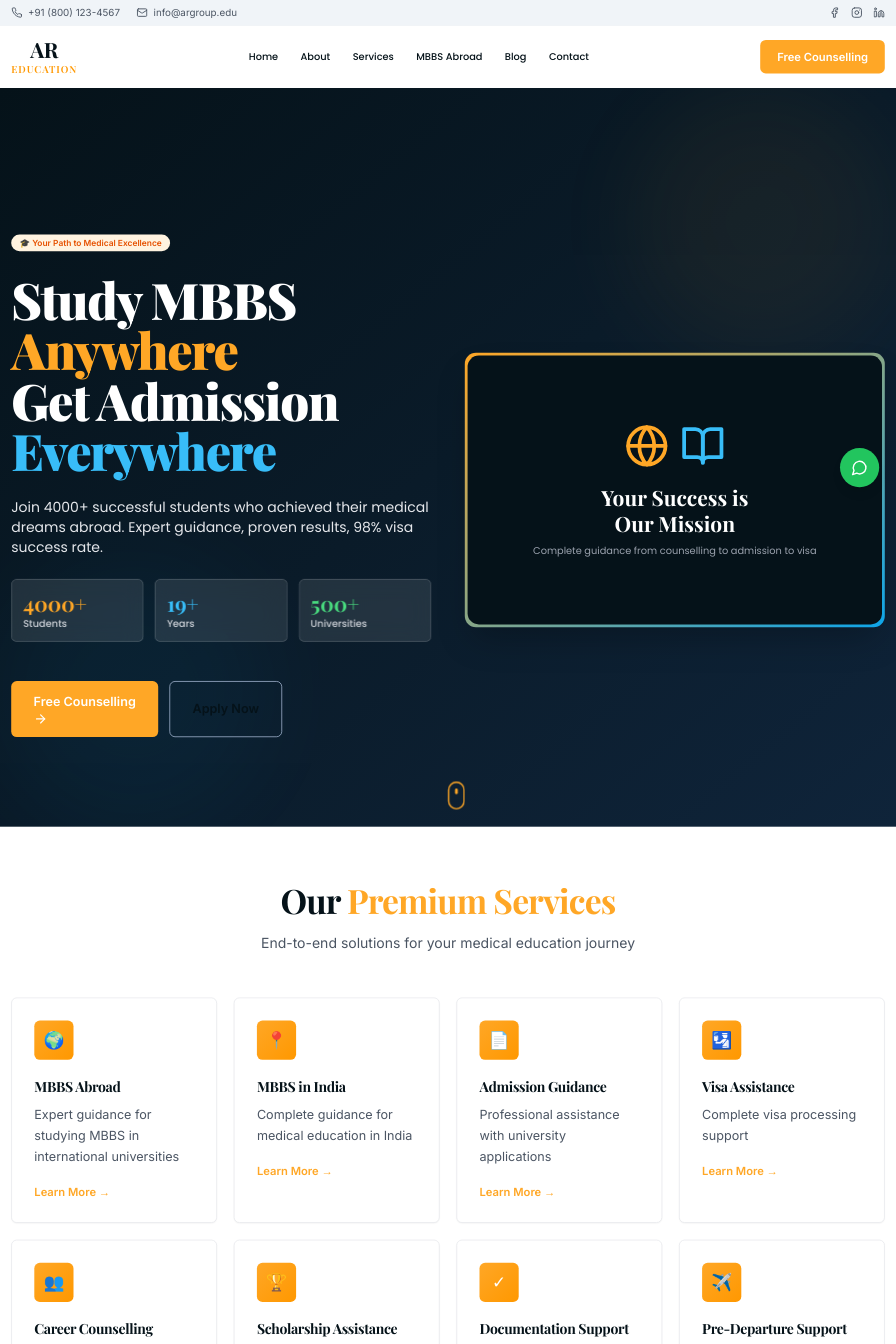
Repository: argroupads-eduction/argroup-education
Page: / (app in apps/frontend/)
These files come from the project's save history. The page is drawn as it stood at one moment and after the next save; the edit follows.
The browser window is 1280 px wide. The pictures show the part of the page from y = 0 to 1920 px (the page is 7977 px tall), at 70% of full size.
The page's requests for data from a server got no answer. The project was rebuilt for these pictures with package versions that can differ from the ones it lists, and the page was loaded fresh each time. The framework's server and built-in components were replaced by stand-ins that run in the browser. No one was signed in, and anything a server would have sent is missing. Also part of the build but not shown: apps/frontend/next.config.js, apps/frontend/components/ui/Alert.tsx.

Above is the page before, as saved 2026-05-12 11:55:06.

After the next save:
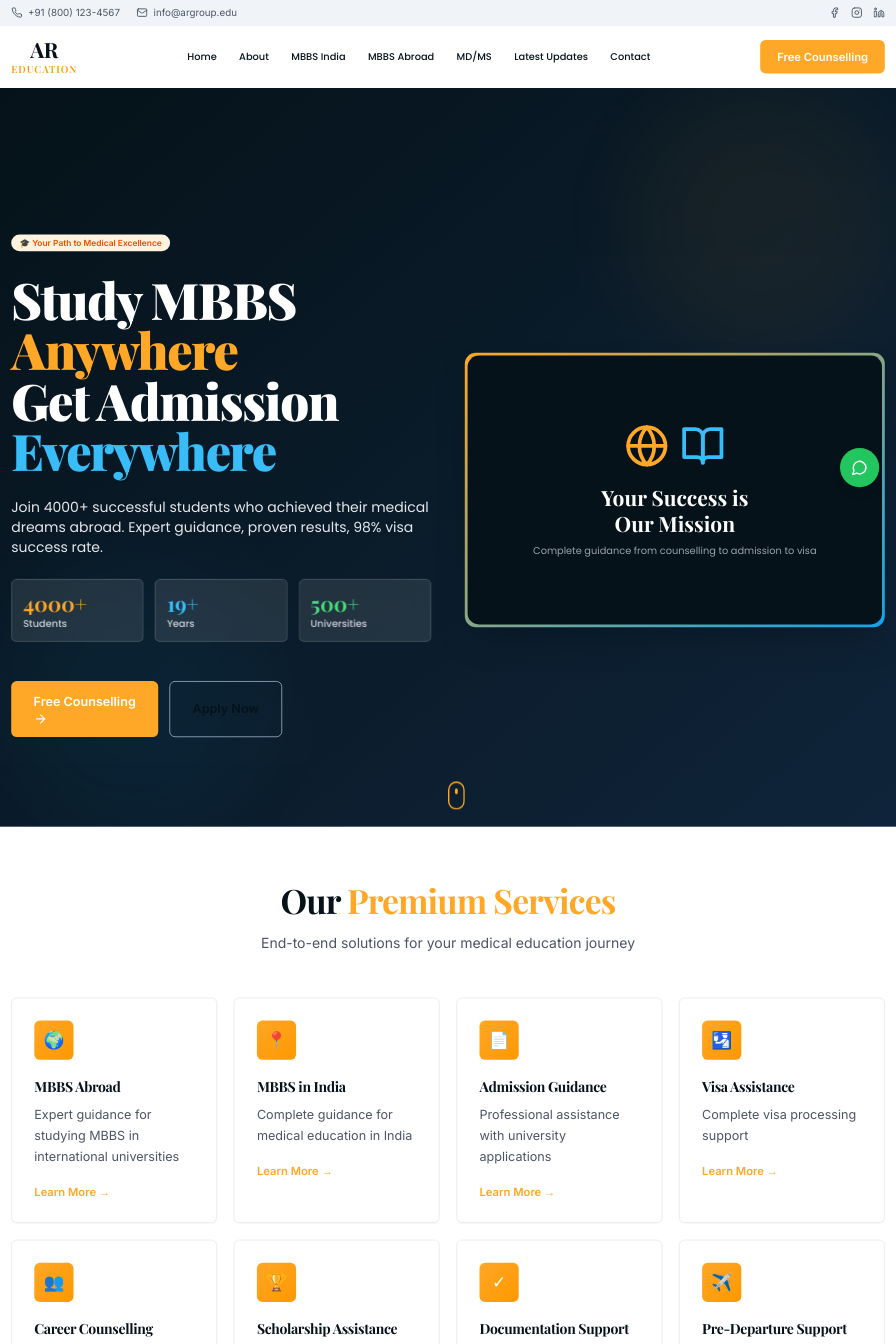
Saved 21 s later.
--- a/apps/frontend/lib/constants.ts
+++ b/apps/frontend/lib/constants.ts
@@ -16,12 +16,81 @@ export const COLORS = {
 
 // Navigation Links
 export const NAV_LINKS = [
-  { label: 'Home', href: '/' },
-  { label: 'About', href: '/about' },
-  { label: 'Services', href: '/services' },
-  { label: 'MBBS Abroad', href: '/countries' },
-  { label: 'Blog', href: '/blog' },
-  { label: 'Contact', href: '/contact' },
+  {
+    label: 'Home',
+    href: '/'
+  },
+  {
+    label: 'About',
+    href: '/about'
+  },
+  {
+    label: 'MBBS India',
+    href: '/mbbs-india',
+    submenu: [
+      { label: 'UP', href: '/mbbs-india/up' },
+      { label: 'Haryana', href: '/mbbs-india/haryana' },
+      { label: 'Rajasthan', href: '/mbbs-india/rajasthan' },
+      { label: 'Maharashtra', href: '/mbbs-india/maharashtra' },
+      { label: 'Karnataka', href: '/mbbs-india/karnataka' },
+      { label: 'MP', href: '/mbbs-india/mp' },
+      { label: 'Bihar', href: '/mbbs-india/bihar' },
+      { label: 'Uttarakhand', href: '/mbbs-india/uttarakhand' },
+      { label: 'Himachal Pradesh', href: '/mbbs-india/himachal-pradesh' },
+      { label: 'Delhi', href: '/mbbs-india/delhi' },
+      { label: 'Chhattisgarh', href: '/mbbs-india/chhattisgarh' },
+      { label: 'Jharkhand', href: '/mbbs-india/jharkhand' },
+      { label: 'Sikkim', href: '/mbbs-india/sikkim' },
+      { label: 'Pondicherry', href: '/mbbs-india/pondicherry' },
+      { label: 'Kerala', href: '/mbbs-india/kerala' },
+      { label: 'West Bengal', href: '/mbbs-india/west-bengal' },
+      { label: 'Tamil Nadu', href: '/mbbs-india/tamil-nadu' },
+    ]
+  },
+  {
+    label: 'MBBS Abroad',
+    href: '/mbbs-abroad',
+    submenu: [
+      { label: 'Russia', href: '/mbbs-abroad/russia' },
+      { label: 'Nepal', href: '/mbbs-abroad/nepal' },
+      { label: 'Bangladesh', href: '/mbbs-abroad/bangladesh' },
+      { label: 'Uzbekistan', href: '/mbbs-abroad/uzbekistan' },
+      { label: 'Kazakhstan', href: '/mbbs-abroad/kazakhstan' },
+      { label: 'Serbia', href: '/mbbs-abroad/serbia' },
+      { label: 'Iran', href: '/mbbs-abroad/iran' },
+      { label: 'Bosnia', href: '/mbbs-abroad/bosnia' },
+      { label: 'Egypt', href: '/mbbs-abroad/egypt' },
+      { label: 'Vietnam', href: '/mbbs-abroad/vietnam' },
+      { label: 'Kyrgyzstan', href: '/mbbs-abroad/kyrgyzstan' },
+      { label: 'Philippines', href: '/mbbs-abroad/philippines' },
+      { label: 'Georgia', href: '/mbbs-abroad/georgia' },
+      { label: 'China', href: '/mbbs-abroad/china' },
+      { label: 'Romania', href: '/mbbs-abroad/romania' },
+    ]
+  },
+  {
+    label: 'MD/MS',
+    href: '/md-ms',
+    submenu: [
+      { label: 'MD/MS in UP', href: '/md-ms/up' },
+      { label: 'MD/MS in Karnataka', href: '/md-ms/karnataka' },
+      { label: 'MD/MS in Haryana', href: '/md-ms/haryana' },
+      { label: 'MD/MS in Madhya Pradesh', href: '/md-ms/mp' },
+      { label: 'MD/MS in Chhattisgarh', href: '/md-ms/chhattisgarh' },
+      { label: 'MD/MS in Rajasthan', href: '/md-ms/rajasthan' },
+      { label: 'MD/MS in Maharashtra', href: '/md-ms/maharashtra' },
+      { label: 'MD/MS in Uttarakhand', href: '/md-ms/uttarakhand' },
+      { label: 'MD/MS in Tamil Nadu', href: '/md-ms/tamil-nadu' },
+    ]
+  },
+  {
+    label: 'Latest Updates',
+    href: '/blog'
+  },
+  {
+    label: 'Contact',
+    href: '/contact'
+  },
 ] as const;
 
 // Countries Data
